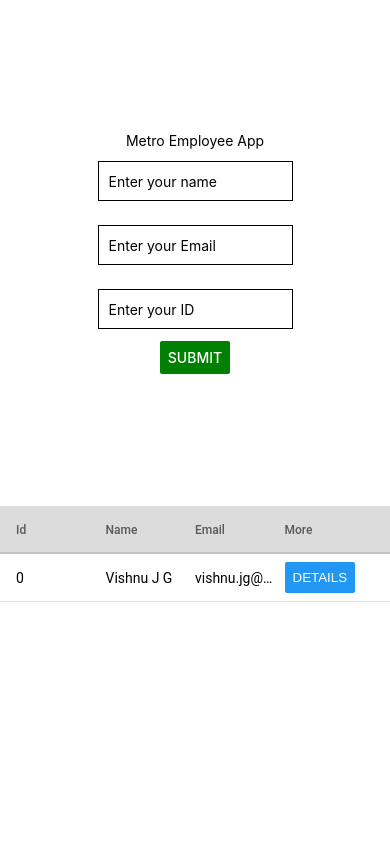
Repository: VishnuJG/Metro-Employee-App
Screen: /View Tickets
These files come from the project's save history. The screen is drawn as it stood at one moment and after the next save; the edit follows.
The app was drawn by React Native's web renderer in a window 390 px wide. The project was rebuilt for these pictures with package versions that can differ from the ones it lists, and the page was loaded fresh each time. Also part of the build but not shown: components/Task.js.

Above is the screen before, as saved 2022-06-28 15:57:43.

### App.js
import { StatusBar } from 'expo-status-bar';
import React, { useState } from "react";
import { StyleSheet, Text, View, TextInput, Button, Alert, ScrollView} from 'react-native';
import { useDimensions } from '@react-native-community/hooks';
import Task from './components/Task';
import { DataTable } from "react-native-paper";
import Table from './components/Table';


export default function App() {

  // const {landscape}=useDimensions();
  const [emp, onEmpUpdate] = useState([{ id: 0, name: " Vishnu J G", email:"vishnu.jg@metro-gsc.in" }]);
  const [name, onChangeName] = useState("");
  const [email, onChangeEmail] = useState("");
  const [id, onChangeid] = useState(null);
  const onSubmit=(e)=>{
    e.preventDefault();
    const scheck = emp.filter((temp)=>{temp.id===id});
    if(scheck>0){
      Alert.alert('ID Exists', 'ID already exists',[{text: 'Okay', onPress:()=>{console.log("Okay Pressed")}},{text: 'No', onPress:()=>{console.log("No Pressed")}}])
      return;
    }
    if(!name){
      Alert.alert('Invalid Name', 'Invalid Name field',[{text: 'Okay', onPress:()=>{console.log("Okay Pressed")}},{text: 'No', onPress:()=>{console.log("No Pressed")}}])
      return;
    }
    if(!email){
      Alert.alert('Invalid Email', 'Invalid Email field',[{text: 'Okay', onPress:()=>{console.log("Okay Pressed")}},{text: 'No', onPress:()=>{console.log("No Pressed")}}])
      return;
    }
    if(!/\S+@\S+\.\S+/.test(email)){
      Alert.alert('Invalid Email', 'Invalid Email field',[{text: 'Okay', onPress:()=>{console.log("Okay Pressed")}},{text: 'No', onPress:()=>{console.log("No Pressed")}}])
      return;
    }
    if(!id){
      Alert.alert('Invalid Id', 'Invalid ID field',[{text: 'Okay', onPress:()=>{console.log("Okay Pressed")}},{text: 'No', onPress:()=>{console.log("No Pressed")}}])
      return;
    }

    const newEmp={id, name, email};
    onChangeName('');
    onChangeEmail('');
    onChangeid(null);
    onEmpUpdate([...emp, newEmp]);
  }
  return (
    <View style={styles.container} >
        <View style={styles.container}>
            <Text>Metro Employee App</Text>

            <TextInput
              style={styles.input}
              onChangeText={onChangeName}
              placeholder="Enter your name"
              value={name}
            />
            <TextInput
              style={styles.input}
              onChangeText={onChangeEmail}
              value={email}
              placeholder="Enter your Email"
              // keyboardType="numeric"
            />

            <TextInput
              style={styles.input}
              onChangeText={onChangeid}
              value={id}
              placeholder="Enter your ID"
              keyboardType="numeric"
            />
            <Button title="Submit"
              color="green"
              onPress={onSubmit}
              />
        </View>
        {/* <View style={{flex:0.5, flexDirection: 'column'}}>
        {emp.map((newid)=>(<Task key={newid.id} ename={newid.name} eid={newid.id} eemail={newid.email}/>))}
        </View> */}

        <DataTable style={{flexDirection: 'column', height:'40%'}} >
          <DataTable.Header style={styles.tableHeader}>
            <DataTable.Title style={{width:'4%'}}>Id</DataTable.Title>
            <DataTable.Title >Name</DataTable.Title>
            <DataTable.Title >Email</DataTable.Title>
            <DataTable.Title >More</DataTable.Title>
          </DataTable.Header>
          <ScrollView>
          {emp.map((newid)=>(<Table key={newid.id} ename={newid.name} eid={newid.id} eemail={newid.email}/>))}
          </ScrollView>
        </DataTable>

    </View>
  );
}

const styles = StyleSheet.create({
  container: {
    flex: 1,
    flexDirection: 'column',
    backgroundColor: '#fff',
    alignItems: 'center',
    justifyContent: 'center',
    fontSize: 20,
    backgroundColor:'dodgeblue',
    width:'100%',
  },
  input: {
    height: 40,
    margin: 12,
    borderWidth: 1,
    width:'50%',
    padding: 10,
  },
  tableHeader: {
    backgroundColor: '#DCDCDC',
  },

});

### components/Table.js
import { StatusBar } from 'expo-status-bar';
import React, { useState } from "react";
import { StyleSheet, Text, View, TextInput, Button, Alert} from 'react-native';
import { useDimensions } from '@react-native-community/hooks';
import { DataTable } from "react-native-paper";


export default function Table(props) {
  return (
    <DataTable.Row onPress={()=>{Alert.alert('User Data', `Employee ID : ${props.eid}\nEmployee Name : ${props.ename}\nEmployee Email : ${props.eemail}`)}}>
            <DataTable.Cell>{props.eid}</DataTable.Cell>
            <DataTable.Cell>{props.ename}</DataTable.Cell>
            <DataTable.Cell>{props.eemail}</DataTable.Cell>
            <DataTable.Cell><Button title="Details" onPress={()=>{Alert.alert('User Data', `Employee ID : ${props.eid}\nEmployee Name : ${props.ename}\nEmployee Email : ${props.eemail}`)}}/></DataTable.Cell>
    </DataTable.Row>


  );
}

const styles = StyleSheet.create({
  employee:{
    flex:1,
    flexDirection:'column',
    // justifyContent: 'flex-start',
  }
});

After the next save:
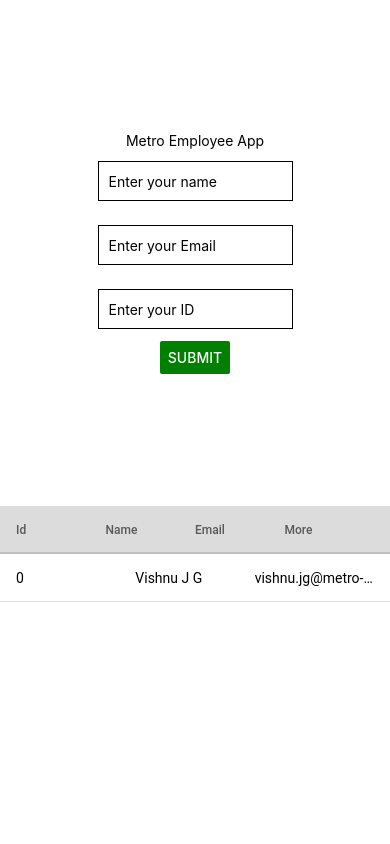
Saved 11 s later.
--- a/components/Table.js
+++ b/components/Table.js
@@ -11,7 +11,6 @@ export default function Table(props) {
             <DataTable.Cell>{props.eid}</DataTable.Cell>
             <DataTable.Cell>{props.ename}</DataTable.Cell>
             <DataTable.Cell>{props.eemail}</DataTable.Cell>
-            <DataTable.Cell><Button title="Details" onPress={()=>{Alert.alert('User Data', `Employee ID : ${props.eid}\nEmployee Name : ${props.ename}\nEmployee Email : ${props.eemail}`)}}/></DataTable.Cell>
     </DataTable.Row>
 
 
